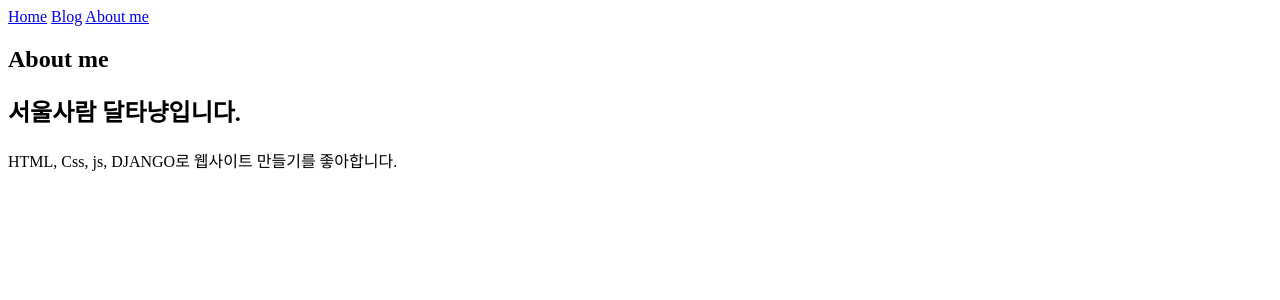
Repository: lwygold/do_it_ft
Page: about_me.html
The author's editor kept a copy of each file at every save. The page is drawn from the files as they stood at one save, then again after the next save.
The browser window is 1280 px wide. The pictures show the whole page.

Above is the page before, as saved 2021-08-10 17:21:20.

After the next save:
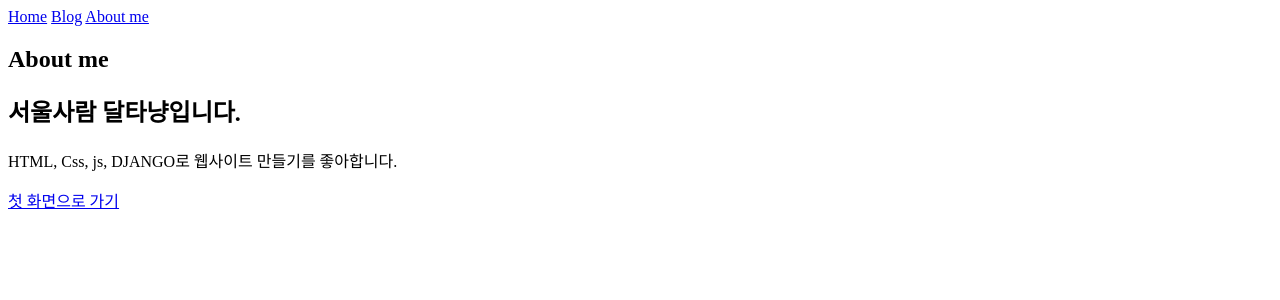
Saved 21 s later.
--- a/about_me.html
+++ b/about_me.html
@@ -17,7 +17,7 @@
 
         <p>HTML, Css, js, DJANGO로 웹사이트 만들기를 좋아합니다.</p>
 
-
+        <a href="./index.html">첫 화면으로 가기</a>
 
     </nav>
 </body>
